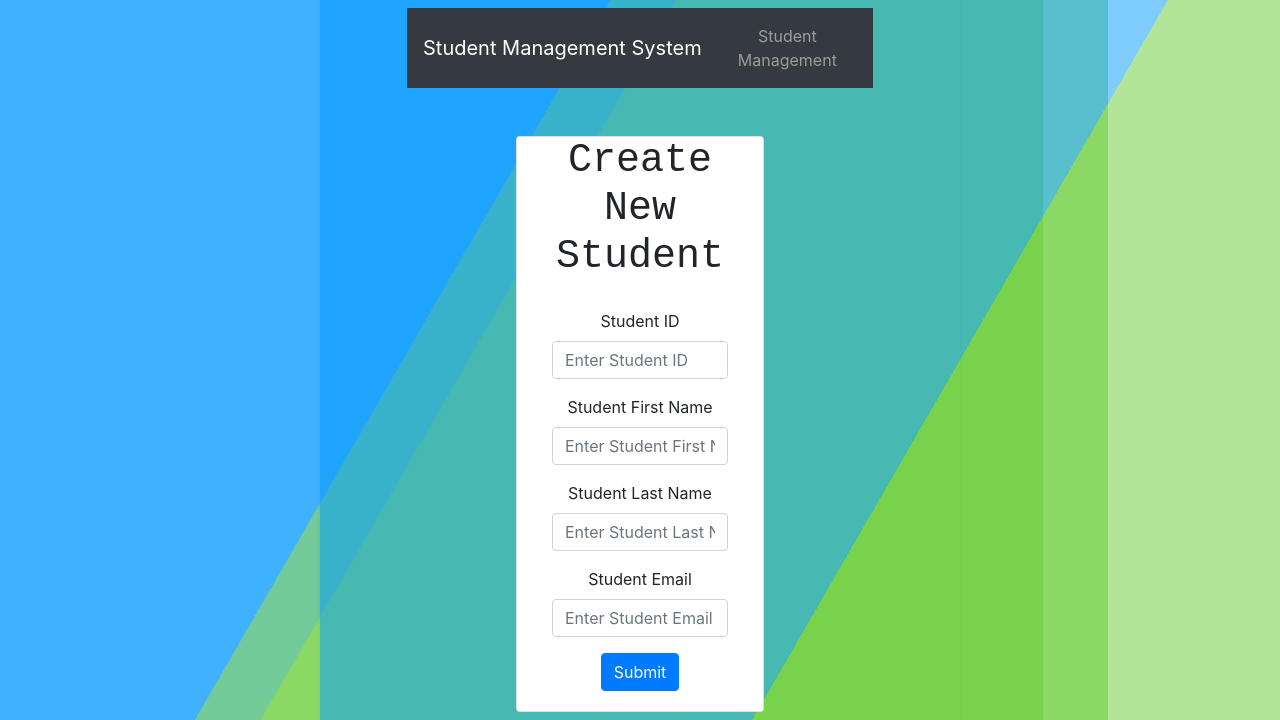
Repository: Luckysenapati/student-management-system
Page: http://localhost/create_student
The author's editor kept a copy of each file at every save. The page is drawn from the files as they stood at one save, then again after the next save.
The browser window is 1280 px wide. The pictures show the whole page.
The page is this project's Thymeleaf template; nobody is signed in. The template is opened directly, without the code that normally fills it, so the values that code supplies are empty.

Above is the page before, as saved 2024-12-22 15:49:36.

### springboot project Gr11/student-management-system/src/main/resources/templates/create_student.html
<!DOCTYPE html>
<html xmlns:th="http://www.thymeleaf.org">
<head>
<meta charset="ISO-8859-1">
<title>Student Management System</title>
<link rel="stylesheet"
	href="https://maxcdn.bootstrapcdn.com/bootstrap/4.0.0/css/bootstrap.min.css"
	integrity="sha384-Gn5384xqQ1aoWXA+058RXPxPg6fy4IWvTNh0E263XmFcJlSAwiGgFAW/dAiS6JXm"
	crossorigin="anonymous">
	<style>
		html {
		  height:100%;
		}

		body {
		  margin:0;
		}

		.bg {
		  animation:slide 3s ease-in-out infinite alternate;
		  background-image: linear-gradient(-60deg, #6c3 50%, #09f 50%);
		  bottom:0;
		  left:-50%;
		  opacity:.5;
		  position:fixed;
		  right:-50%;
		  top:0;
		  z-index:-1;
		}

		.bg2 {
		  animation-direction:alternate-reverse;
		  animation-duration:4s;
		}

		.bg3 {
		  animation-duration:5s;
		}

		.content {
		  background-color:rgba(255,255,255,.8);
		  border-radius:.25em;
		  box-shadow:0 0 .25em rgba(0,0,0,.25);
		  box-sizing:border-box;
		  left:50%;
		  padding:10vmin;
		  position:fixed;
		  text-align:center;
		  top:50%;
		  transform:translate(-50%, -50%);
		}

		h1 {
		  font-family:monospace;
		}

		@keyframes slide {
		  0% {
		    transform:translateX(-25%);
		  }
		  100% {
		    transform:translateX(25%);
		  }
		}
	</style>
</head>
<body>
<div class="content">
	<div class="bg"></div>
	<div class="bg bg2"></div>
	<div class="bg bg3"></div>
	<div class = "container">

<nav class="navbar navbar-expand-md bg-dark navbar-dark">
  <!-- Brand -->
  <a class="navbar-brand" href="#">Student Management System</a>

  <!-- Toggler/collapsibe Button -->
  <button class="navbar-toggler" type="button" data-toggle="collapse" data-target="#collapsibleNavbar">
    <span class="navbar-toggler-icon"></span>
  </button>

  <!-- Navbar links -->
  <div class="collapse navbar-collapse" id="collapsibleNavbar">
    <ul class="navbar-nav">
      <li class="nav-item">
        <a class="nav-link" th:href="@{/students}">Student Management</a>
      </li>
    </ul>
  </div>
</nav>
<br>
<br>

		<div class = "row">
			<div class ="col-lg-6 col-md-6 col-sm-6 container justify-content-center card">
				<h1 class = "text-center"> Create New Student </h1>
				<div class = "card-body">
					<form th:action="@{/students}" th:object = "${student}" method="POST">
						<div class ="form-group">
							<label> Student ID </label>
							<input
							type = "text"
							name = "Id"
							th:field = "*{id}"
						    class = "form-control"
							placeholder="Enter Student ID"
						    />
						</div>

						<div class ="form-group">
							<label> Student First Name </label>
							<input
							type = "text"
							name = "firstName"
							th:field = "*{firstName}"
							class = "form-control"
							placeholder="Enter Student First Name"
							/>
						</div>

						<div class ="form-group">
							<label> Student Last Name </label>
							<input
							type = "text"
							name = "lastName"
							th:field = "*{lastName}"
							class = "form-control"
							placeholder="Enter Student Last Name"
							/>
						</div>

						<div class ="form-group">
							<label> Student Email </label>
							<input
							type = "text"
							name = "email"
							th:field = "*{email}"
							class = "form-control"
							placeholder="Enter Student Email"
							/>
						</div>

						<div class = "box-footer">
							<button type="submit" class = "btn btn-primary">
								Submit
							</button>
						</div>
					</form>

				</div>
			</div>
		</div>
	</div>
</div>
</body>
</html>

After the next save:
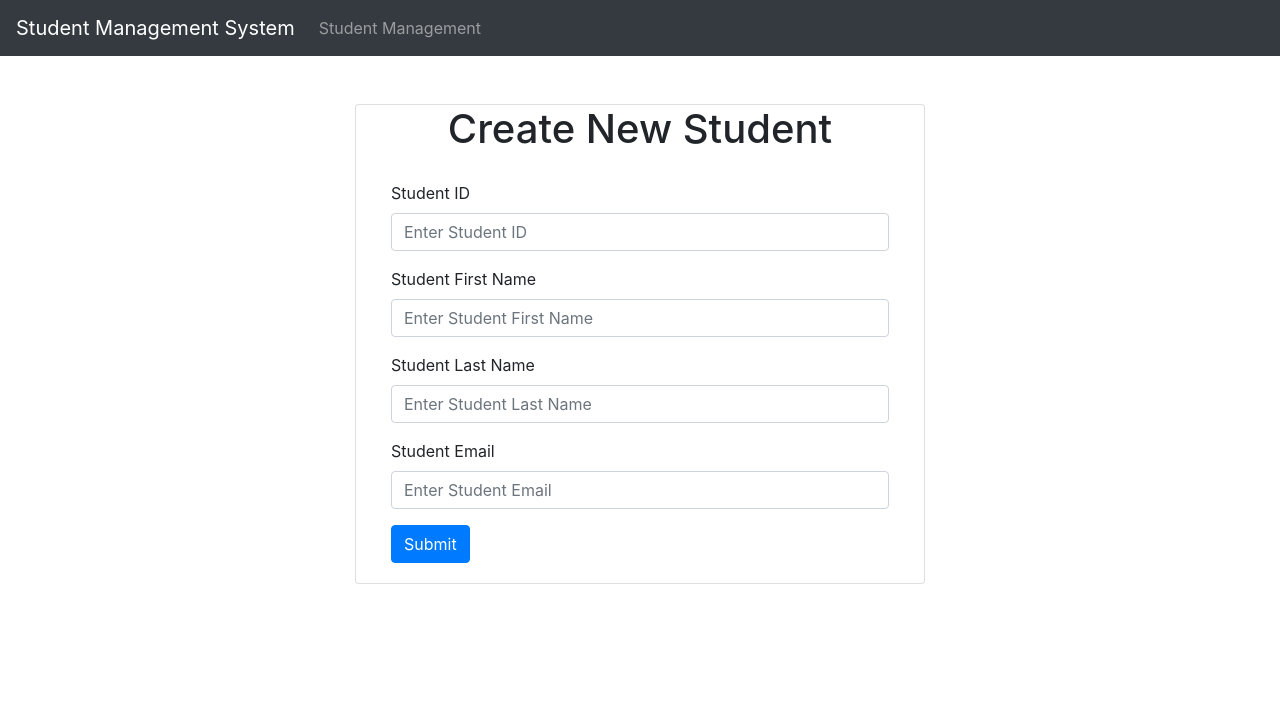
Saved 80 s later.
--- a/springboot project Gr11/student-management-system/src/main/resources/templates/create_student.html
+++ b/springboot project Gr11/student-management-system/src/main/resources/templates/create_student.html
@@ -8,68 +8,10 @@
 	integrity="sha384-Gn5384xqQ1aoWXA+058RXPxPg6fy4IWvTNh0E263XmFcJlSAwiGgFAW/dAiS6JXm"
 	crossorigin="anonymous">
 	<style>
-		html {
-		  height:100%;
-		}
 
-		body {
-		  margin:0;
-		}
-
-		.bg {
-		  animation:slide 3s ease-in-out infinite alternate;
-		  background-image: linear-gradient(-60deg, #6c3 50%, #09f 50%);
-		  bottom:0;
-		  left:-50%;
-		  opacity:.5;
-		  position:fixed;
-		  right:-50%;
-		  top:0;
-		  z-index:-1;
-		}
-
-		.bg2 {
-		  animation-direction:alternate-reverse;
-		  animation-duration:4s;
-		}
-
-		.bg3 {
-		  animation-duration:5s;
-		}
-
-		.content {
-		  background-color:rgba(255,255,255,.8);
-		  border-radius:.25em;
-		  box-shadow:0 0 .25em rgba(0,0,0,.25);
-		  box-sizing:border-box;
-		  left:50%;
-		  padding:10vmin;
-		  position:fixed;
-		  text-align:center;
-		  top:50%;
-		  transform:translate(-50%, -50%);
-		}
-
-		h1 {
-		  font-family:monospace;
-		}
-
-		@keyframes slide {
-		  0% {
-		    transform:translateX(-25%);
-		  }
-		  100% {
-		    transform:translateX(25%);
-		  }
-		}
 	</style>
 </head>
 <body>
-<div class="content">
-	<div class="bg"></div>
-	<div class="bg bg2"></div>
-	<div class="bg bg3"></div>
-	<div class = "container">
 
 <nav class="navbar navbar-expand-md bg-dark navbar-dark">
   <!-- Brand -->
@@ -91,7 +33,7 @@
 </nav>
 <br>
 <br>
-
+<div class = "container">
 		<div class = "row">
 			<div class ="col-lg-6 col-md-6 col-sm-6 container justify-content-center card">
 				<h1 class = "text-center"> Create New Student </h1>
@@ -152,6 +94,5 @@
 			</div>
 		</div>
 	</div>
-</div>
 </body>
 </html>
